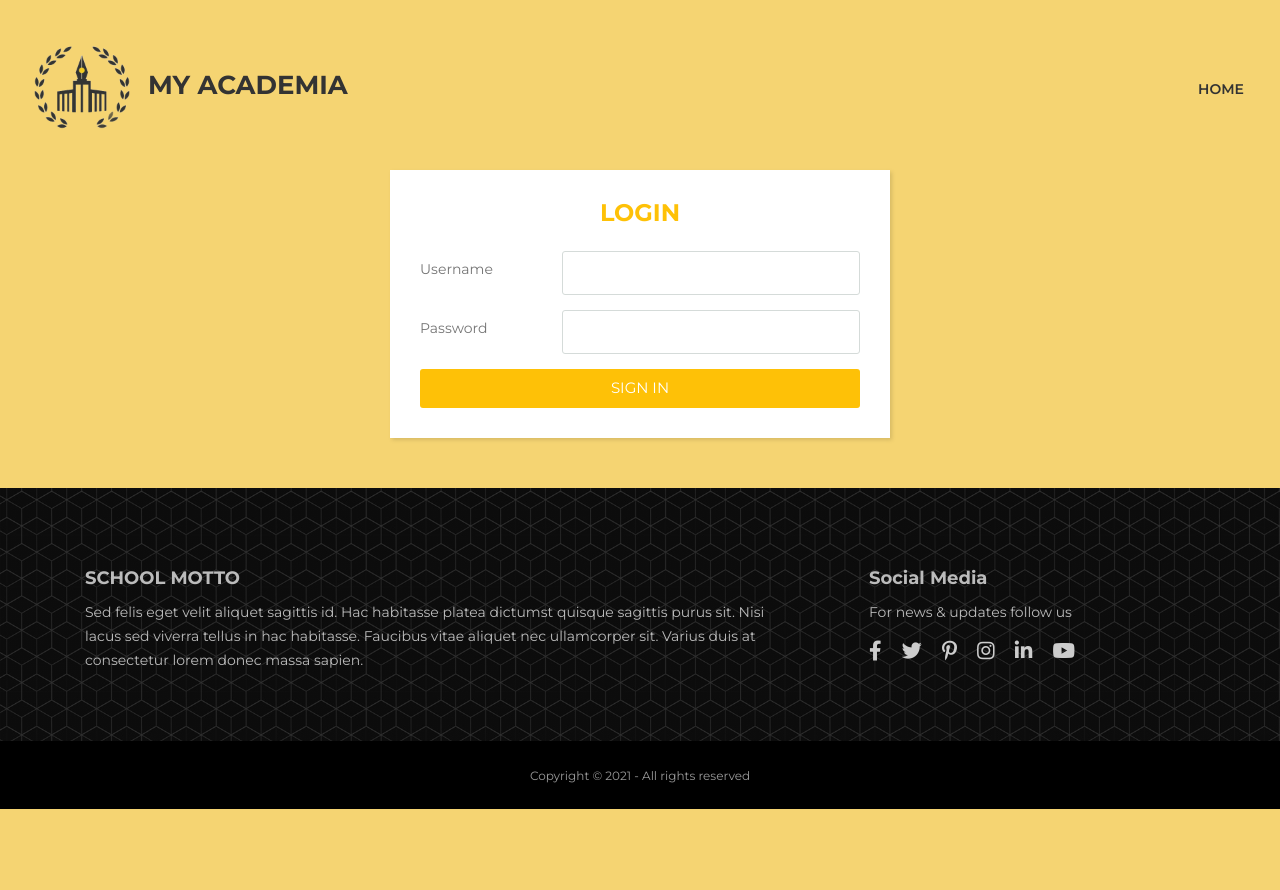
Repository: SaxenaAbhay/DBMS2023
Page: http://localhost/login
These files come from the project's save history. The page is drawn as it stood at one moment and after the next save; the edit follows.
The browser window is 1280 px wide. The pictures show the whole page.
The page is this project's Thymeleaf template; nobody is signed in. The template is opened directly, without the code that normally fills it, so the values that code supplies are empty.

Above is the page before, as saved 2023-10-25 10:40:20.

After the next save:
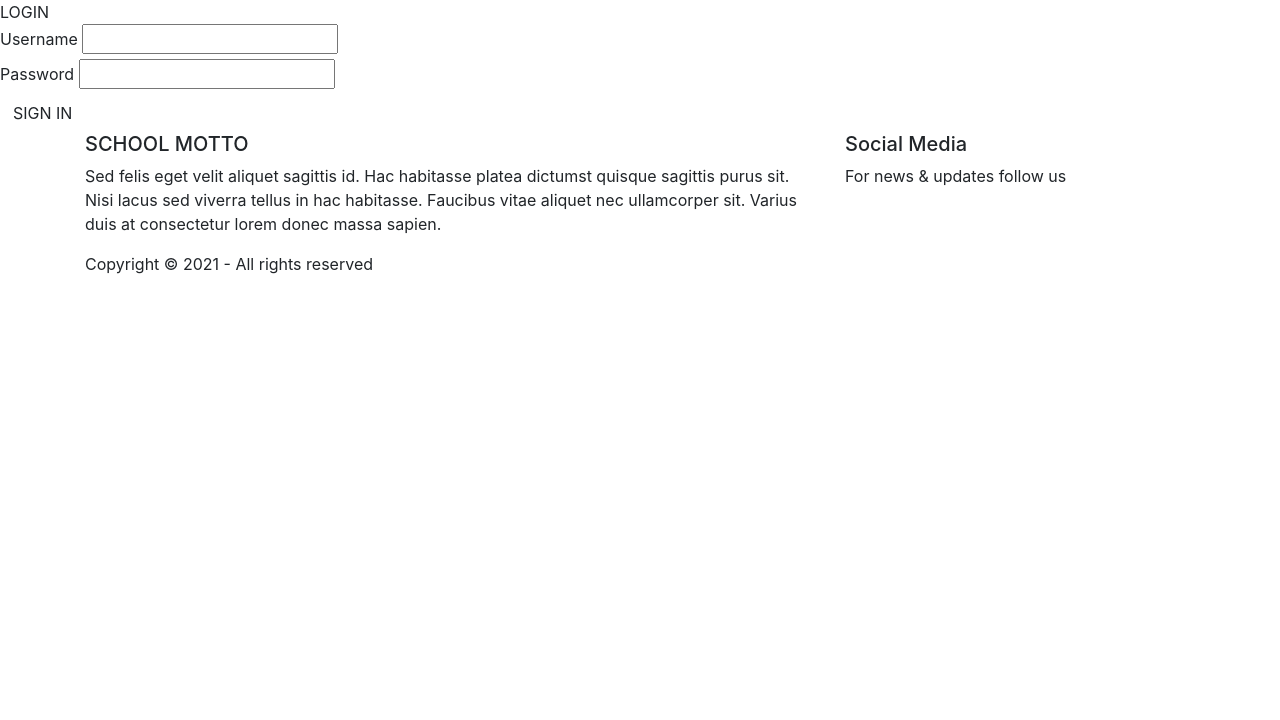
Saved 15 s later.
--- a/school-managment-system/src/main/resources/templates/login.html
+++ b/school-managment-system/src/main/resources/templates/login.html
@@ -1,65 +1,13 @@
 <!DOCTYPE html>
-<html lang="en">
-
+<html>
 <head>
-    <meta charset="utf-8">
-    <meta name="viewport" content="width=device-width, initial-scale=1, shrink-to-fit=no">
-
-    <!-- SEO Meta Tags -->
-    <meta name="description" content="My Academia">
-    <meta name="keywords" content="school website, responsive">
-    <meta name="author" content="XYZ">
-
-    <!-- Website Title -->
-    <title>My Academia</title>
-
-    <link href="https://fonts.googleapis.com/css?family=Montserrat:400,400i,600,700,700i&display=swap" rel="stylesheet">
-
-    <link href="css/bootstrap.css" rel="stylesheet">
-    <link href="css/fontawesome-all.css" rel="stylesheet">
-    <link href="css/swiper.css" rel="stylesheet">
-    <link href="css/styles.css" rel="stylesheet">
-
-    <link rel="icon" href="images/logo2.jpg">
-
-    <!-- Scripts -->
-    <script src="js/jquery.min.js" defer></script>
-    <script src="js/popper.min.js" defer></script>
-    <script src="js/bootstrap.min.js" defer></script>
-    <script src="js/jquery.easing.min.js" defer></script>
-    <script src="js/swiper.min.js" defer></script>
-    <script src="js/validator.min.js" defer></script>
-    <script src="js/scripts.js" defer></script>
+<meta charset="ISO-8859-1">
+<title>School Management System</title>
+<link rel="stylesheet" href="https://cdn.jsdelivr.net/npm/bootstrap@4.6.2/dist/css/bootstrap.min.css" integrity="sha384-xOolHFLEh07PJGoPkLv1IbcEPTNtaed2xpHsD9ESMhqIYd0nLMwNLD69Npy4HI+N" crossorigin="anonymous">
+
 </head>
 
-<body data-spy="scroll" data-target=".fixed-top" class="application">
-
-    <!-- Preloader -->
-    <div class="spinner-wrapper">
-        <div class="spinner">
-            <div class="bounce1"></div>
-            <div class="bounce2"></div>
-            <div class="bounce3"></div>
-        </div>
-    </div>
-    <!-- end of preloader -->
-
-
-    <!-- Navigation -->
-    <nav class="navbar navbar-expand-lg navbar-dark navbar-custom fixed-top">
-
-        <!-- Logo -->
-        <a class="navbar-brand logo-image" href="./index.html"><img src="./images/logo.jpg"></a>
-        <h3>MY ACADEMIA</h3>
-
-        <div class="collapse navbar-collapse" id="navbarsExampleDefault">
-            <ul class="navbar-nav ml-auto">
-                <li class="nav-item">
-                    <a class="nav-link page-scroll" href="./dashboard.html">HOME</a>
-                </li>
-            </ul>
-        </div>
-    </nav>
+<body>
 
     <div class="wrapper">
         <div class="title">LOGIN</div>
